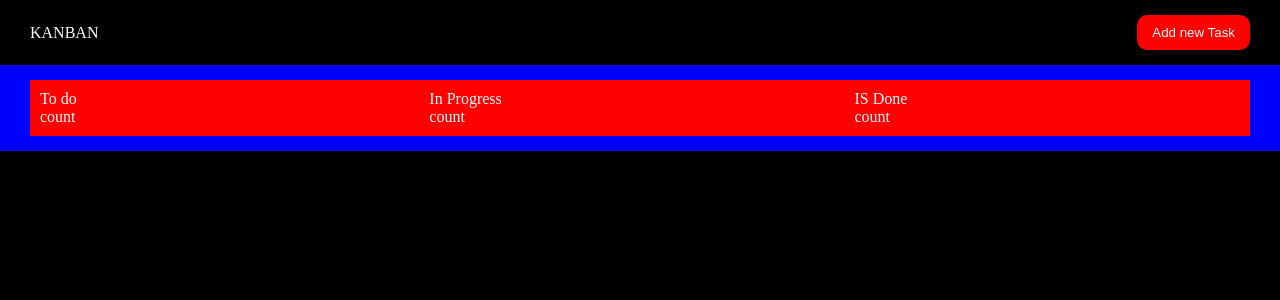
Repository: Sandeepji-5/Kanban-board
Page: index.html
The author's editor kept a copy of each file at every save. The page is drawn from the files as they stood at one save, then again after the next save.
The browser window is 1280 px wide. The pictures show the whole page.

Above is the page before, as saved 2025-12-08 18:12:18.

After the next save:
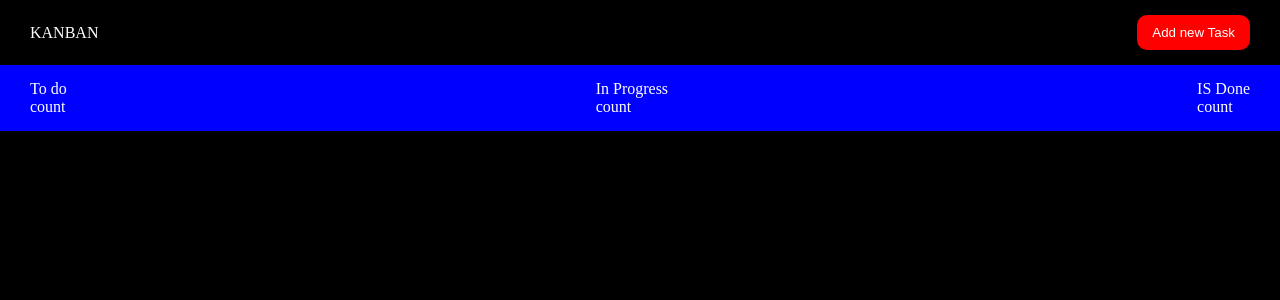
Saved 72 s later.
--- a/index.html
+++ b/index.html
@@ -13,19 +13,19 @@
             <div class="right"><button>Add new Task</button></div>
         </nav>
         <section class="board">
-            <div class="time-column">
+            <div class="task-column">
                 <div class="hweading">
                     <div class="left">To do </div>
                     <div class="right">count</div>
                 </div>
             </div>
-            <div class="time-column">
+            <div class="task-column">
                 <div class="heading">
                     <div class="left">In Progress</div>
                     <div class="right">count</div>
                 </div>
             </div>
-            <div class="time-column">
+            <div class="task-column">
                 <div class="heading">
                     <div class="left">IS Done </div>
                     <div class="right"> count</div>

After the save that followed:
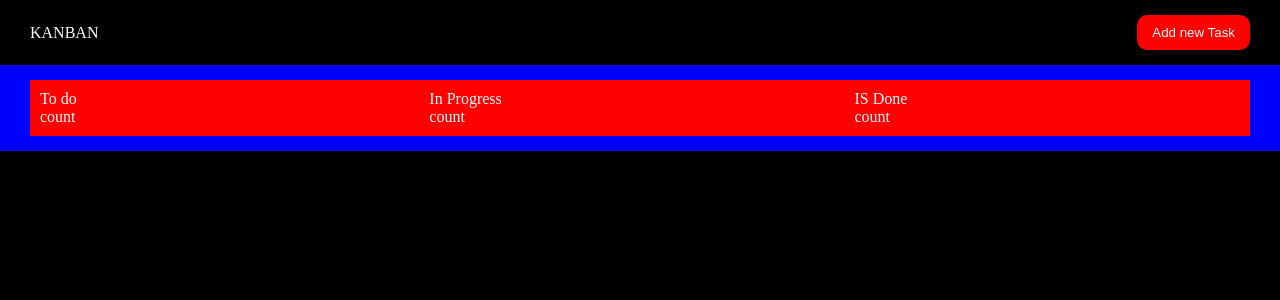
Saved 10 s later.
--- a/style.css
+++ b/style.css
@@ -78,7 +78,7 @@ section{
     background-color: blue;
 
 }
-section .time-column{
+section .task-column{
     padding: var(--padding-m);
 background-color: red;
 flex-grow: 1;
